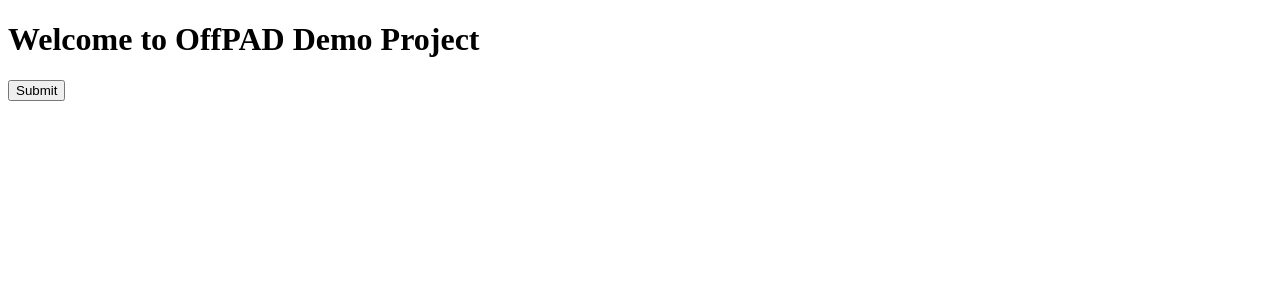
Repository: sijangurung/OFFPad-Projects
Page: http://localhost/OffPad_WebApp/serverPage.jsp
The author's editor kept a copy of each file at every save. The page is drawn from the files as they stood at one save, then again after the next save.
The browser window is 1280 px wide. The pictures show the whole page.
The page is served by Tomcat 9.

Above is the page before, as saved 2015-12-28 09:50:10.

After the next save:
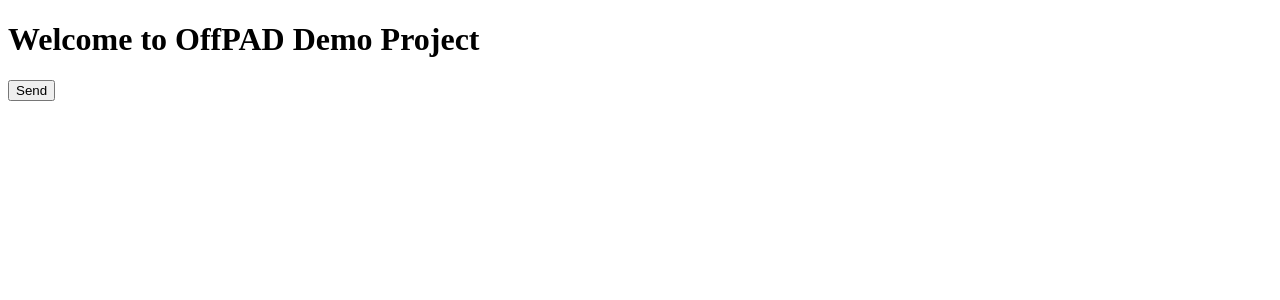
Saved 67 s later.
--- a/Web App Workspace/OffPad WebApp/WebContent/serverPage.jsp
+++ b/Web App Workspace/OffPad WebApp/WebContent/serverPage.jsp
@@ -8,8 +8,8 @@
 </head>
 <body>
 	<h1>Welcome to OffPAD Demo Project</h1>
-	<form action="submit">
-	<input type="submit" onSubmit="WelcomeServlet">
+	<form action="WelcomeServlet">
+	<input type="submit" value="Send">
 	</form>
 </body>
 </html>
